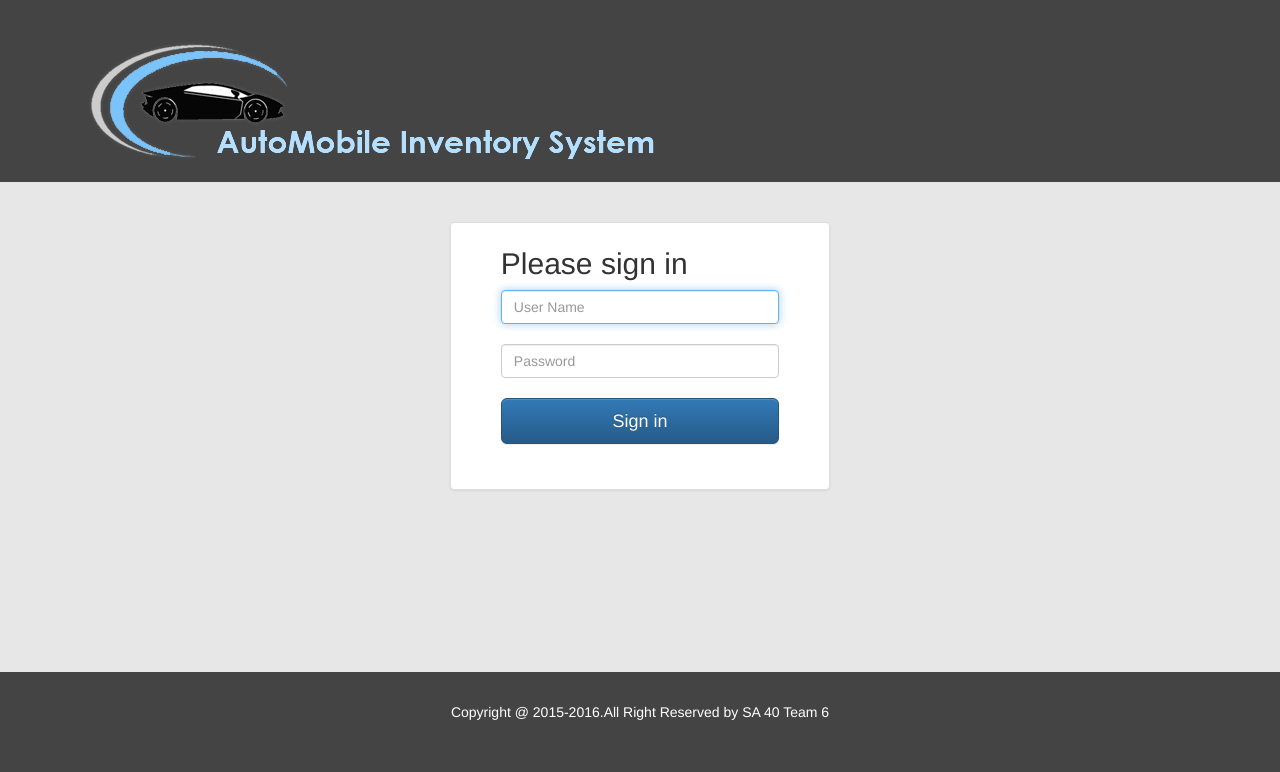
Repository: JiorMajor/InventorySystemWorkspace
Page: http://localhost/InventoryWebSA40Team6/ShowLogin
The author's editor kept a copy of each file at every save. The page is drawn from the files as they stood at one save, then again after the next save.
The browser window is 1280 px wide. The pictures show the whole page.
The page is served by Tomcat 9. Other server files are loaded and not shown.

Above is the page before, as saved 2015-06-12 17:47:56.

### InventoryWebSA40Team6/WebContent/WEB-INF/decorators.xml
<?xml version="1.0" encoding="UTF-8"?>
<decorators defaultdir="/decorators">
    <decorator name="basic-theme" page="master-theme.jsp">
        <pattern>/pages/*</pattern>
    </decorator>
</decorators>

### InventoryWebSA40Team6/WebContent/index.jsp
<?xml version="1.0" encoding="UTF-8" ?>
<%@ taglib uri="http://www.opensymphony.com/sitemesh/decorator"
	prefix="decorator"%>
<%@ taglib prefix="c" uri="http://java.sun.com/jsp/jstl/core"%>
<html xmlns="http://www.w3.org/1999/xhtml">
<head>

<meta charset="utf-8">
<meta http-equiv="X-UA-Compatible" content="IE=edge">
<meta name="viewport" content="width=device-width, initial-scale=1">
<title>SitemeshDemo</title>
<!-- Bootstrap -->
<link href="bootstrap/css/bootstrap.min.css" type="text/css" rel="stylesheet" />
<link href="bootstrap/css/bootstrap-theme.min.css" type="text/css" rel="stylesheet" />
<link href="bootstrap/css/style.css" type="text/css" rel="stylesheet" />
<script type="text/javascript" src="bootstrap/js/jquery-1.11.3.min.js"></script>
<script type="text/javascript" src="bootstrap/js/bootstrap.min.js"></script>
<script type="text/javascript" src="bootstrap/js/modal.js"></script>
</head>
<body>
	<div class="header">
		<div class="container">
			<div class="row ">
				<div class="col-lg-12">
					<a href="#"><img src='images/3.png'></a>
				</div>
			</div>
		</div>
	</div><!-- End header -->

	<div class="container" style="height:490px">
	<div class="row">
	<div class="col-md-12 col-sm-12 col-xs-12" >
	<br><br>
	</div>
	</div>
	  <div class="row">
	  <div class="container">
	  <div class="col-md-4 col-sm-4 col-xs-4"></div>
	  <div class="col-md-4 col-sm-4 col-xs-4 thumbnail">
	  <div class="col-md-1"></div>
	  <div class="col-md-10">
      <form class="form-signin" action="/InventoryWebSA40Team6/ValidateLogin" method=post>
        <h2 class="form-signin-heading">Please sign in</h2>
		<c:if test="${flag==\"false\"}">
			<h3 style="color:red">Login unsuccessful!</h3>
		</c:if>
        <label for="inputEmail" class="sr-only">Email address</label>
        <input type="text" id="inputEmail" class="form-control" placeholder="User Name" name="name" required autofocus>
        <br>
        <label for="inputPassword" class="sr-only">Password</label>
        <input type="password" id="inputPassword" class="form-control" placeholder="Password" name="password" required>
        <br>
        <button class="btn btn-lg btn-primary btn-block" type="submit">Sign in</button>
        <br><br>
      </form>
      </div>
      <div class="col-md-1"></div>

      <div class="col-md-4"></div>
      </div>
      </div>
      </div>
    </div> <!-- /container -->

		<div class="footer">
	<div class="container">
			<div class="row">
				<div class="col-lg-12">
					<center><p>Copyright @ 2015-2016.All Right Reserved by SA 40 Team 6</p></center>
				</div>
			</div>
		</div>

	</div>
</body>
</html>

### InventoryWebSA40Team6/src/controller/ShowLogin.java
package controller;

import java.io.IOException;

import javax.servlet.RequestDispatcher;
import javax.servlet.ServletException;
import javax.servlet.annotation.WebServlet;
import javax.servlet.http.HttpServlet;
import javax.servlet.http.HttpServletRequest;
import javax.servlet.http.HttpServletResponse;

/**
 * Servlet implementation class ShowLogin
 */
@WebServlet("/ShowLogin")
public class ShowLogin extends HttpServlet {
	private static final long serialVersionUID = 1L;

    /**
     * @see HttpServlet#HttpServlet()
     */
    public ShowLogin() {
        super();
        // TODO Auto-generated constructor stub
    }

	/**
	 * @see HttpServlet#doGet(HttpServletRequest request, HttpServletResponse response)
	 */
	protected void doGet(HttpServletRequest request, HttpServletResponse response) throws ServletException, IOException {
		// TODO Auto-generated method stub
		RequestDispatcher rd = request.getRequestDispatcher("/index.jsp");
		rd.forward(request, response);
	}

	/**
	 * @see HttpServlet#doPost(HttpServletRequest request, HttpServletResponse response)
	 */
	protected void doPost(HttpServletRequest request, HttpServletResponse response) throws ServletException, IOException {
		// TODO Auto-generated method stub
	}

}

### InventoryWebSA40Team6/WebContent/bootstrap/css/style.css
@CHARSET "UTF-8";
*{
	margin:0 auto;
	padding:0 auto;
}
body{
	background:#e7e7e7;
}

.header{
	padding:30px 0 ;
	border:1px solid #ccc;
    padding: 10px 0;
    width: 100%;
    background:#444;
    border:0;
    margin:0;

}
.header img{border:0;}
.menu{
	background: #ccc;
	box-shadow:2px -1px 13px #333;

}
.footer{
	background:#444;
	padding:30px 0;
	width:100%;
	height:100px;
}
p{
	color:#fff;
}
img{
	border:1px solid #ccc;
}
.main{
	padding-top:30px;
	padding-bottom:30px;
}
.main p{
	color:#333;
}
.navbar-default{
	color:none;
	border:none;
	box-shadow:none;
}
.navbar{margin-bottom:0;}
.navbar-header{
	background:none;
	color:#fff;
}
a.navbar-brand{
	color:none;
	padding-left:0;
	padding-right: 70px;
}
.navbar-default{
	background:none;
	padding:0;
}
.navbar-default .navbar-brand{color:#444;}

h1{padding-bottom:30px;}*/

select{
	width:100%;
	padding-top:10px;
	padding-bottom:4px;

}
/*
table{
	width:100%;

}

table tr td{
	border:1px solid #ccc;
	padding:5px;
	text-algin:center;

}
table form input{
	width:50%;
}
table tr td input{
	margin:5px;

}

table tr.title{
	font-weight: bold;
	font-size:16px;

}*/

.button{
	margin-top:20px;
	float:right;
}
hr{border-color:rgb(204,204,204);}

.imp{
	color:red;
	font-weight: bold;
	font-size:16px;
}
h4.success{
	color:green;
	background:#f0f0f0;
	border:1px solid #ccc;
	padding:10px;
	margin:0 0 35px;
}

.navbar-default .navbar-nav > li > a{
	color: #333;
    font-size: 15px;

}

.navbar-default .navbar-nav > li > a:focus, .navbar-default .navbar-nav > li > a:hover{
	background: rgb(231,231,231);
}
.dropdown-menu{
	padding-top:0;

}
.dropdown-menu .divider{
	margin:0 0;
	border-bottom: 1px dashed;
	background-color: #ccc;
    height: 0;
}
.dropdown-menu > li > a{
	padding-top:10px;
	padding-bottom:10px;
	color:#ccc;
}
.dropdown-menu{
	background-color: #595959;
	opacity:0.4%;
}
.alert-danger{
	float:left;
	margin-bottom:20px;
	width:100%;
}

.cus{
	margin:20px 0;
}
.navbar-nav .open .dropdown-menu{
	background-color: #ccc;
}
#bs-example-navbar-collapse-1 > ul> li>ul .navbar-nav .open .dropdown-menu {
	background: #ccc;
}

#bs-example-navbar-collapse-1 > ul > li > ul.dropdown-menu{
	background-color:#595959;
	opacity:0.4%;
}
#bs-example-navbar-collapse-1 > ul > li > ul > li> a{
	color:#ccc;
}
#bs-example-navbar-collapse-1 > ul > li > ul > li> a:hover{
	background: rgb(231,231,231);
	color:#333;
}

### InventoryWebSA40Team6/WebContent/bootstrap/js/modal.js
/**
 *
 */
$('#myModal').on('shown.bs.modal', function () {
  $('#myInput').focus()
})

Loaded but not shown: InventoryWebSA40Team6/WebContent/bootstrap/css/bootstrap.min.css (library); InventoryWebSA40Team6/WebContent/bootstrap/css/bootstrap-theme.min.css (library); InventoryWebSA40Team6/WebContent/bootstrap/js/jquery-1.11.3.min.js (library); InventoryWebSA40Team6/WebContent/bootstrap/js/bootstrap.min.js (library)

After the next save:
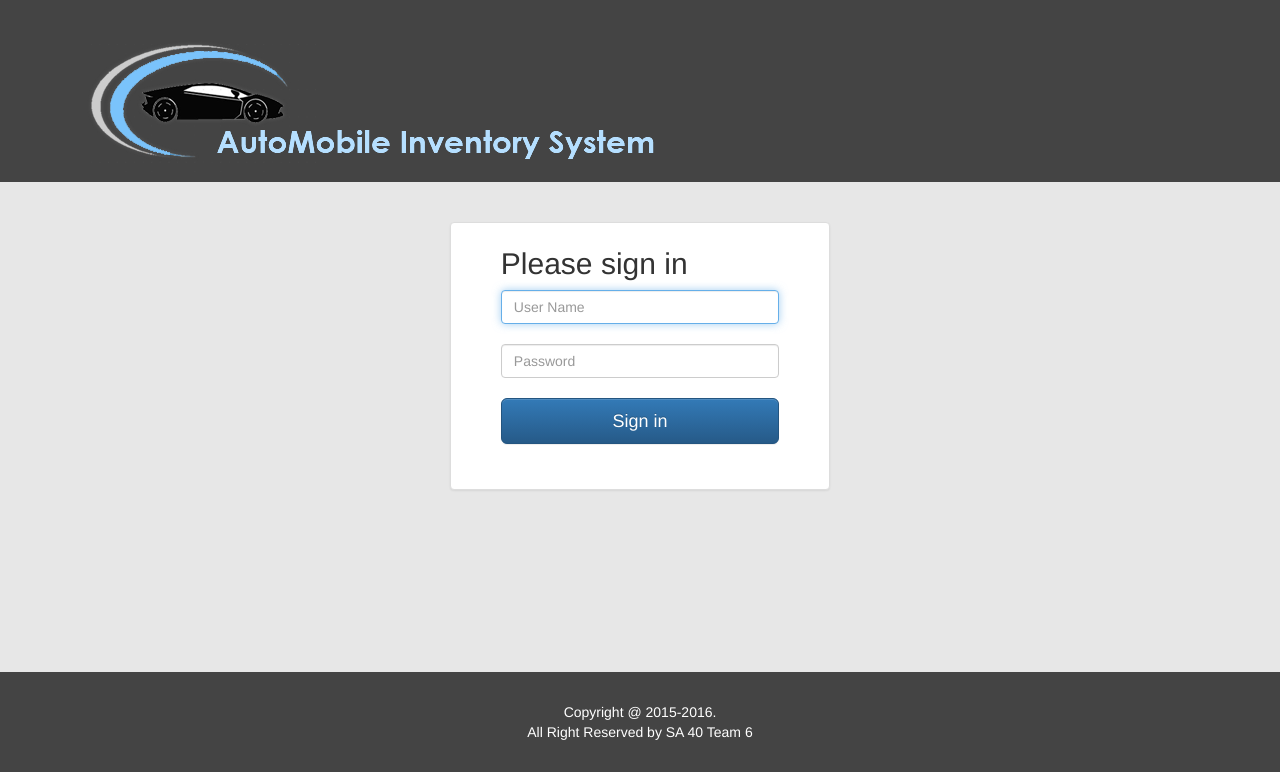
Saved 114 s later.
--- a/InventoryWebSA40Team6/WebContent/index.jsp
+++ b/InventoryWebSA40Team6/WebContent/index.jsp
@@ -67,7 +67,7 @@
 	<div class="container">
 			<div class="row">
 				<div class="col-lg-12">
-					<center><p>Copyright @ 2015-2016.All Right Reserved by SA 40 Team 6</p></center>
+					<center><p>Copyright @ 2015-2016.<br>All Right Reserved by SA 40 Team 6</p></center>
 				</div>
 			</div>
 		</div>
